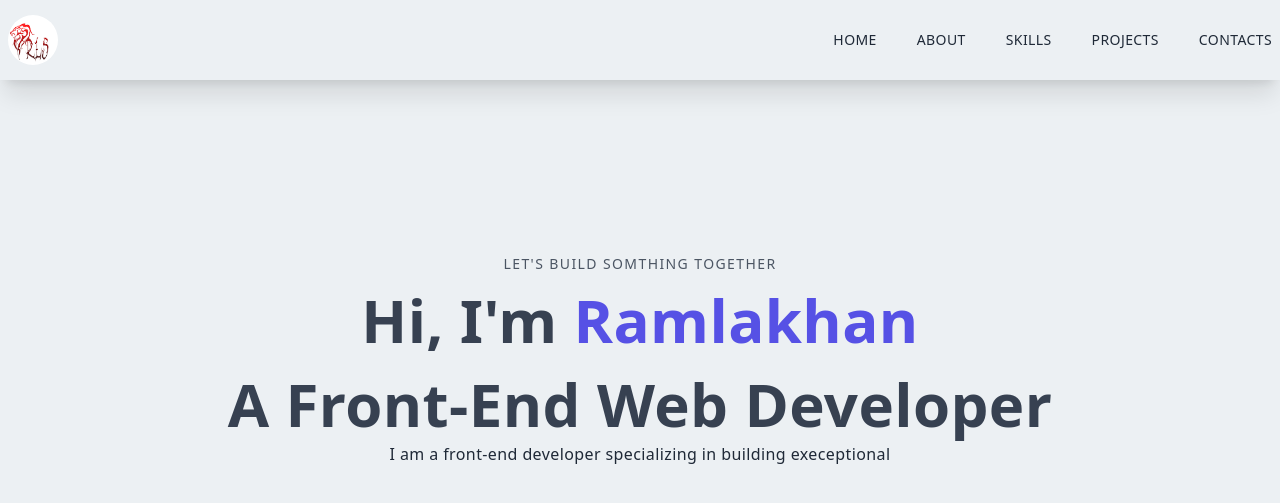
Repository: ram2642/portfolio-using-next-js
Page: /
An editor plug-in stored every save of this project. The page is shown before and after a run of saves, followed by the edit.
The browser window is 1280 px wide. The pictures show the whole page.
The project was rebuilt for these pictures with package versions that can differ from the ones it lists, and the page was loaded fresh each time. The framework's server and built-in components were replaced by stand-ins that run in the browser. Also part of the build but not shown: next.config.js.

Above is the page before, as saved 2022-09-04 01:55:09.

### pages/index.js
// import { Main } from 'next/document'
import Head from 'next/head'
import Image from 'next/image'
import Main from '../components/Main'
import Navbar from '../components/Navbar'


export default function Home() {
  return (
    <div className="">
      <Head>
        <title>Ramlakhan | Front-End Developer</title>
        <meta name="description" content="Generated by create next app" />
        <link rel="icon" href="/favicon.ico" />
      </Head>
      <Navbar/>
      <Main/>

    </div>
  )
}

### styles/globals.css
@tailwind base;
@tailwind components;
@tailwind utilities;


@layer base {
  body {
    @apply bg-[#ecf0f3] text-[#1f2937] tracking-wide
  }
  h1, h2, h3, h4, h5, h6 {
    @apply font-bold;
  }
  h1 {
    @apply text-4xl sm:text-5xl md:text-6xl;
  }
  h2 {
    @apply text-3xl sm:text-4xl;
  }
  li {
    @apply cursor-pointer;
  }
  button {
    @apply shadow-xl shadow-gray-400 rounded-xl uppercase bg-gradient-to-r from-[#5651e5] to-[#709dff] text-white
  }
  }

### components/Main.jsx
import React from 'react'

const Main = () => {
  return (
    <div className='w-full h-screen text-center'>
   <div className='max-w-[1240px] w-full h-full mx-auto p-2 flex justify-center items-center'>
    <div>
      <p className='uppercase text-sm tracking-widest text-gray-600'>Let's build somthing together</p>
      <h1 className='py-4 text-gray-700'>
        Hi, I'm <span className='text-[#5651e5]'> Ramlakhan</span>
      </h1>
      <h1 className='py-2 text-gray-700'>
        A Front-End Web Developer
      </h1>
      <p>
        I am a front-end developer specializing in building execeptional
      </p>
    </div>

   </div>
    </div>
  )
}

export default Main

### components/Navbar.jsx
import Image from "next/image";
import React, { useState } from "react";
import Link from "next/link";
import { AiOutlineClose, AiOutlineMenu, AiOutlineMail } from "react-icons/ai";
import { FaLinkedinIn, FaGithub } from "react-icons/fa";
import { BsFillPersonLinesFill } from "react-icons/bs";

const Navbar = () => {
  const [nav, setNav] = useState(false);

  const handleNav = () => {
    setNav(!nav);
  };
  return (
    <div className="fixed w-full h-20 shadow-xl z-[100]">
      <div className="flex justify-between items-center w-full h-full px-2 2xl:px-16">
        <Image
          className="rounded-full cursor-pointer"
          src="data:[embedded picture, 6010 characters]"
          alt=""
          width="50"
          height="50"
        />
        <div>
          <ul className="hidden md:flex">
            <Link href="/">
              <li className="ml-10 text-sm uppercase hover:border-b">Home</li>
            </Link>
            <Link href="/">
              <li className="ml-10 text-sm uppercase hover:border-b">About</li>
            </Link>
            <Link href="/">
              <li className="ml-10 text-sm uppercase hover:border-b">Skills</li>
            </Link>
            <Link href="/">
              <li className="ml-10 text-sm uppercase hover:border-b">
                Projects
              </li>
            </Link>
            <Link href="/">
              <li className="ml-10 text-sm uppercase hover:border-b">
                Contacts
              </li>
            </Link>
          </ul>
          <div onClick={handleNav} className="md:hidden cursor-pointer">
            <AiOutlineMenu size={25} />
          </div>
        </div>
      </div>
      <div className={nav ? 'md:hidden fixed left-0 top-0 w-full h-screen bg-black/70' : ''}>
        <div className={nav ? "fixed left-0 top-0 w-[75%] sm:w-[60%] md:w-[45%] h-screen bg-[#ecf0f3] p-10 ease-in duration-500" : "fixed left-[-100%] top-0  p-10 ease-in duration-500"}>
          <div>
            <div className="flex w-full items-center justify-between">
              <Image
                className="rounded-full cursor-pointer"
                src="data:[embedded picture, 6010 characters]"
                alt=""
                width="50"
                height="50"
              />
              <div onClick={handleNav} className="rounded-full shadow-lg shadow-gray-400 p-3 cursor-pointer">
                <AiOutlineClose />
              </div>
            </div>
            <div className="border-b border-gray-300 my-4">
              <p className="w-[85%] md:w-[905] PY-4">
                Let's builds something legendary together
              </p>
            </div>
          </div>
          <div className="py-4 flex flex-col">
            <ul className="uppercase">
              <Link href="/">
                <li className="py-4 text-sm">Home</li>
              </Link>
              <Link href="/">
                <li className="py-4 text-sm">About</li>
              </Link>
              <Link href="/">
                <li className="py-4 text-sm">Skills</li>
              </Link>
              <Link href="/">
                <li className="py-4 text-sm">Projects</li>
              </Link>
              <Link href="/">
                <li className="py-4 text-sm">Contacts</li>
              </Link>
            </ul>
            <div className="pt-40">
              <p className="uppercase tracking-widest text-[#5651e5]">
                Let's Connect
              </p>
              <div className="flex items-center justify-between my-4 w-full sm:w-[80%]">
                <div className="rounded-full shadow-lg shadow-gray-400 p-3 cursor-pointer hover:scale-105 ease-in duration-300">
                  <FaLinkedinIn />
                </div>
                <div className="rounded-full shadow-lg shadow-gray-400 p-3 cursor-pointer hover:scale-105 ease-in duration-300">
                  <FaGithub />
                </div>
                <div className="rounded-full shadow-lg shadow-gray-400 p-3 cursor-pointer hover:scale-105 ease-in duration-300">
                  <AiOutlineMail />
                </div>
                <div className="rounded-full shadow-lg shadow-gray-400 p-3 cursor-pointer hover:scale-105 ease-in duration-300">
                  <BsFillPersonLinesFill />
                </div>
              </div>
            </div>
          </div>
        </div>
      </div>
    </div>
  );
};

export default Navbar;

Loaded but not shown: pages/_app.js (common file); tailwind.config.js (common file)

After the next 3 saves:
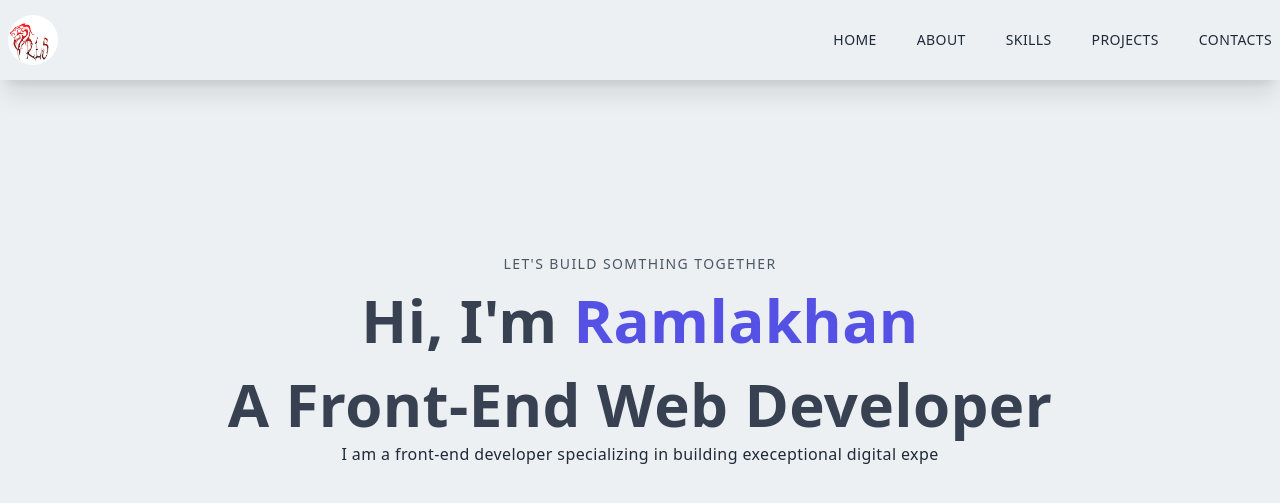
The 3 saves are shown as one change because they came seconds apart.
The last was saved 10 s later.
--- a/components/Main.jsx
+++ b/components/Main.jsx
@@ -13,7 +13,7 @@ const Main = () => {
         A Front-End Web Developer
       </h1>
       <p>
-        I am a front-end developer specializing in building execeptional
+        I am a front-end developer specializing in building execeptional digital expe
       </p>
     </div>
 
